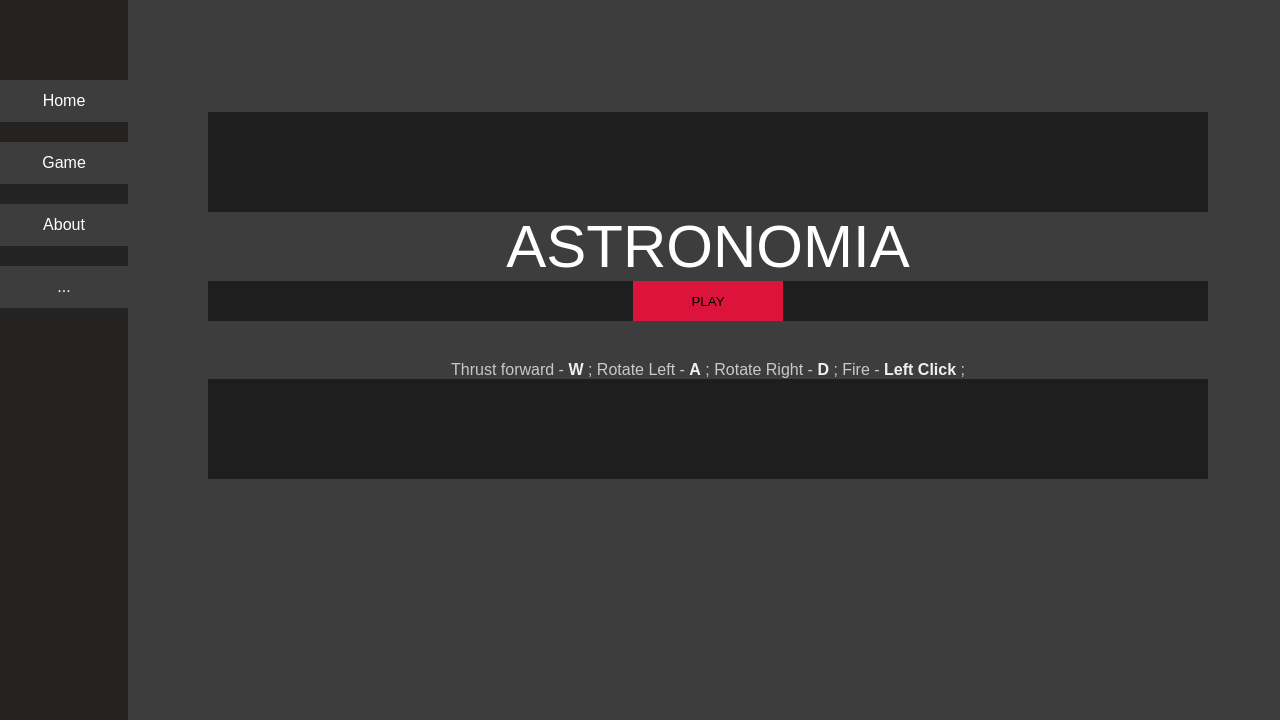
Repository: LaukiniXs/astronomia
Page: index.html
The author's editor kept a copy of each file at every save. The page is drawn from the files as they stood at one save, then again after the next save.
The browser window is 1280 px wide. The pictures show the whole page.

Above is the page before, as saved 2020-05-18 14:29:37.
Not found: index.ts

### index.html
<html>
	<head>
	<meta charset="UTF-8">
		<title>Fully fledged page</title>
			<link rel="stylesheet" type="text/css" href="style.css">

	</head>
	<body>
		<div id="sidebar">
		<button class="button" style="height:42px; margin-top: 80px;"><a href="">Home</a></button>
		<button class="button" style="height:42px;"><a href="">Game</a></button>
		<button class="button" style="height:42px;"><a href="">About</a></button>
		<button class="button" style="height:42px;"><a href="">...</a></button>
		</div>
		<div id="clearFloat"></div>
		<div id="gamediv">
			<div id="splash">
				<p id="title">ASTRONOMIA</p>
				<button id="play-btn">PLAY</button>
				<p id="controls"> Thrust forward - <span class="controlBtn">W</span> ;
					Rotate Left - <span class="controlBtn">A</span> ;
					Rotate Right - <span class="controlBtn">D</span> ;
					Fire - <span class="controlBtn">Left Click</span> ;</p>
			</div>
			<div class="clearFloat"></div>
			<div id="gameover">
				<p id="gameoverText">Game Over</p>
				<p id="tip">Refresh the page to try again</p>
			</div>
			<div id="log"></div>
			<audio id="backgroundMusic" src="./audio/backgroundMusic.mp3" preload loop></audio>
			<script id="game" src="./index.ts"></script>
		</div>
	</body>

</html>

### style.css
* {
    background-color:  #3d3d3d;
    margin: 0px;
    padding: 0px;
    font-family: Arial, Helvetica, sans-serif;
}
#sidebar {
    float: left;
    background-color:#242322;
    width: 10%;
    height: 100%;
}
.button {
  user-select: none;
  float: left;
    border: 0;
    background: #3d3d3d;
    color: white;
    font-family: Arial, Helvetica, sans-serif;
    font-size: 16px;
    line-height: 18px;
    white-space: nowrap;
    text-decoration: none;
    width: 100%;
    margin: 10px 0;
    cursor: pointer;
  }
  .floatRight{
    float: right;

  }
  .clearFloat{
    clear: both;
  }
  a {
   text-decoration: none;
    color: white;
  }
  #contents{
    word-wrap: break-word;
    float: left;
    width: 40%;
    height: 100%;
    background-color: violet;
  }
  .contentText{
    margin: 50px 10px;
    font-size: 20px;
  }
  #splash {
    user-select: none;
    float: left;
    margin: 0 2px;
    z-index: 10;
    position: absolute;
    background: rgba(0, 0, 0, 0.5);
    width: 1000px;
    padding: 100px 0;
    text-align: center;
}

#play-btn {
    width: 150px;
    height: 40px;
    background-color: crimson;
    border: 0px;
}

#title {
    color: white;
    font-size: 60px;
    font-family: Arial, Helvetica, sans-serif;
}

#controls {
    color: #c9c9c9;
    font-family: Arial, Helvetica, sans-serif;
    padding-top: 40px;
}

.controlBtn {
    font-weight: bold;
    color: #f0f0f0;
}

#gameover {
  float: left;
  margin-left: 50px;
  width: 1000px;
  height: 580px;
    display: none;
    color: white;
    position: absolute;
    background: rgba(0, 0, 0, 0.5);
    width: 1000px;
    text-align: center;
    font-size: 60px;
    font-family: Arial, Helvetica, sans-serif;
}
#tip{
    user-select: none;
    font-size: 20px;
    font-family: Arial, Helvetica, sans-serif;
}
#game{
  margin-top: 30px;
  float: left;
}
#gamediv{
  margin-top: 12px;
  margin-left: 30px;
  float: left;
}
#log{
  float: left;
}
#gameoverText{
  user-select: none;
  margin-top: 200px;
}
#splash{
  margin-top: 100px;
  margin-left: 50px;
}

After the next save:
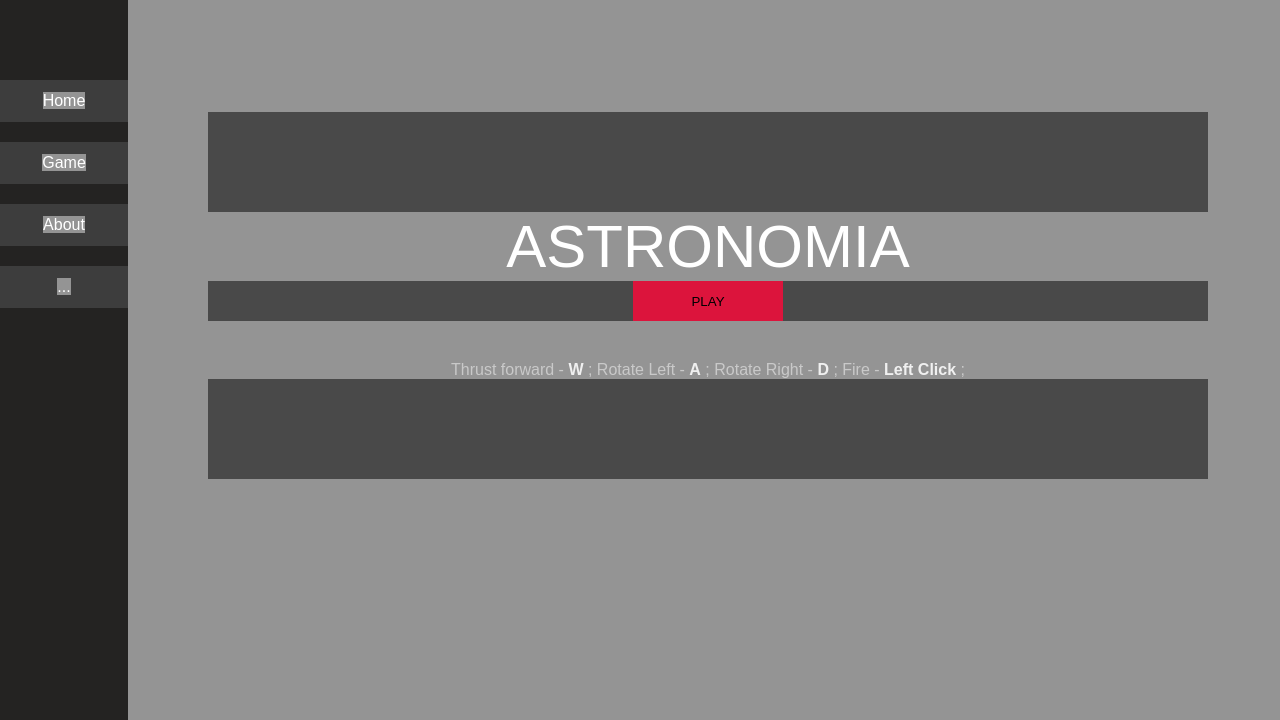
Saved 88 s later.
--- a/style.css
+++ b/style.css
@@ -1,5 +1,5 @@
 * {
-    background-color:  #3d3d3d;
+    background-color:  #949494;
     margin: 0px;
     padding: 0px;
     font-family: Arial, Helvetica, sans-serif;
